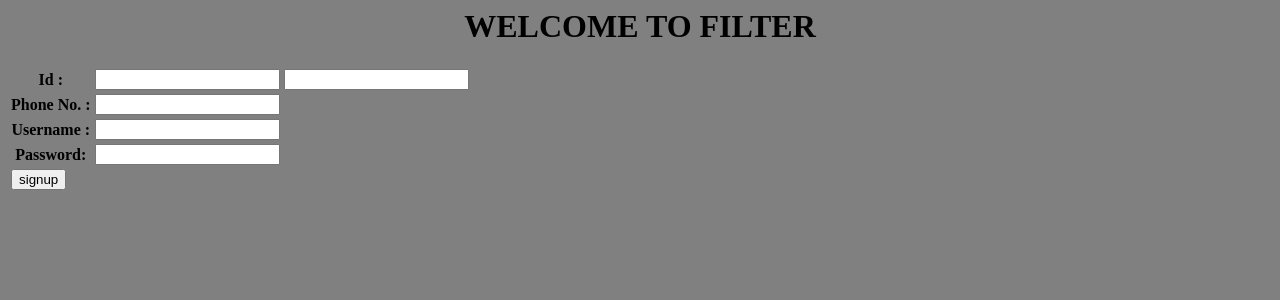
Repository: talkgunish/JAVA-WORLD
Page: advance_java/my_eclipse_java_proj/cookie_session/Filter/WebContent/signup.html
The author's editor kept a copy of each file at every save. The page is drawn from the files as they stood at one save, then again after the next save.
The browser window is 1280 px wide. The pictures show the whole page.

Above is the page before, as saved 2018-06-21 08:51:52.

After the next save:
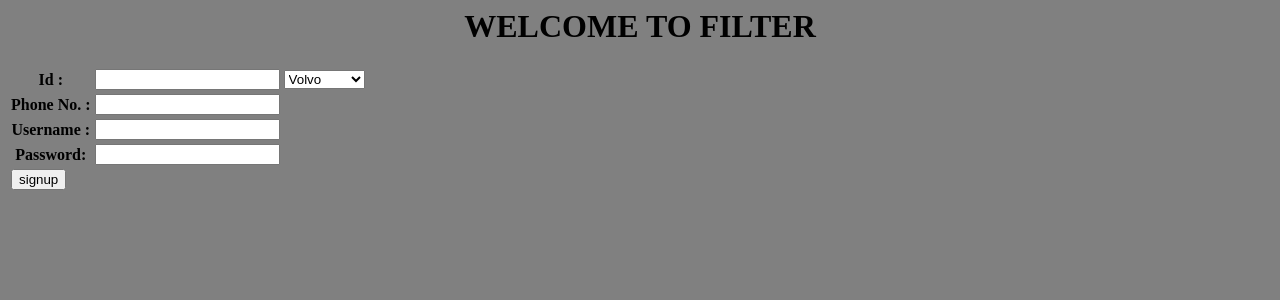
Saved 56 s later.
--- a/advance_java/my_eclipse_java_proj/cookie_session/Filter/WebContent/signup.html
+++ b/advance_java/my_eclipse_java_proj/cookie_session/Filter/WebContent/signup.html
@@ -11,7 +11,12 @@
 <table>
 <tr><th>Id :</th>
 <td> <input type="text" name="id"></td>
-<td> <input type="select" name="who"></tr>
+<td> <select>
+  <option value="volvo">Volvo</option>
+  <option value="saab">Saab</option>
+  <option value="mercedes">Mercedes</option>
+  <option value="audi">Audi</option>
+</select></tr>
 <tr><th>Phone No. : </th>
 <td><input type="text" name="phone"></td></tr>
 <tr><th>Username :</th>
